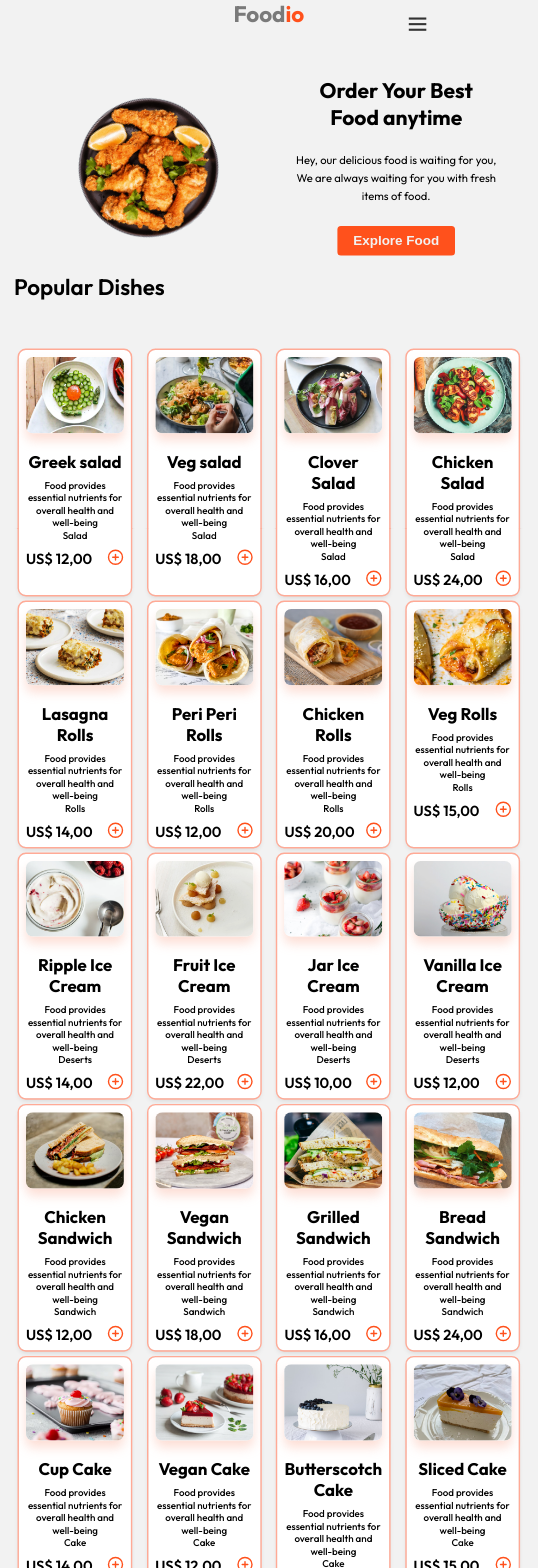
Repository: guilhermecardoso93/foodio
Page: /
The author's editor kept a copy of each file at every save. The page is drawn from the files as they stood at one save, then again after the next save.
The browser window is 768 px wide. The pictures show the part of the page from y = 0 to 2240 px (the page is 3419 px tall before and 3481 px after), at 70% of full size.
The project was rebuilt for these pictures with package versions that can differ from the ones it lists, and the page was loaded fresh each time. Also part of the build but not shown: vite.config.js, src/index.css.

Above is the page before, as saved 2024-11-05 20:53:44.

### index.html
<!doctype html>
<html lang="en">

<head>
    <meta charset="UTF-8" />
    <link rel="icon" type="image/svg+xml" href="/" />
    <link rel="preconnect" href="https://fonts.googleapis.com">
    <link rel="preconnect" href="https://fonts.gstatic.com" crossorigin>
    <link href="https://fonts.googleapis.com/css2?family=Inter:ital,opsz,wght@0,14..32,100..900;1,14..32,100..900&family=Outfit:wght@100..900&display=swap" rel="stylesheet">
    <meta name="viewport" content="width=device-width, initial-scale=1.0" />
    <title>Foodio</title>
</head>

<body>
    <div id="root"></div>
    <script type="module" src="/src/main.jsx"></script>
</body>

</html>

### src/main.jsx
import { StrictMode } from "react";
import { createRoot } from "react-dom/client";
import { App } from "./App.jsx";

import "./index.css";
createRoot(document.getElementById("root")).render(
  <StrictMode>
    <App />
  </StrictMode>
);

### src/App.jsx
import "./App.css";
import { Main } from "./components/Main";
import { Menu } from "./components/Menu";

export function App() {
  return (
    <>
      <Menu />
      <Main />
    </>
  );
}

### src/App.css
*, ::after, ::before {
  margin: 0;
  padding: 0;
  box-sizing: border-box;
}

body {
  margin: 0 100px;
  background-color: #f2f2f2;
  font-family: "Outfit", serif;
  overflow-x: hidden;
}

::-webkit-scrollbar {
  width: 10px;
}

::-webkit-scrollbar-thumb {
  border-radius: 20px;
  background-color: #ff511c;
}

### src/components/Main/index.jsx
import imagem1 from "../../assets/images/image1.png";
import imagem5 from "../../assets/images/image5.png";
import { food_list } from "../../assets/assets";
import { CardItem } from "../CardItem";

import "./styles.css";

export function Main() {
  return (
    <main>
      <section className="grid">
        <div className="content">
          <div className="content-left">
            <div className="info">
              <h2>
                Order Your Best
                <br />
                Food anytime
              </h2>
              <p>
                Hey, our delicious food is waiting for you, <br /> We are always
                waiting for you with fresh items of food.
              </p>
            </div>
            <button>Explore Food</button>
          </div>
          <div className="content-right">
            <img src={imagem1} alt="" />
            <img src={imagem5} alt="" />
            <img src={imagem1} alt="" />{" "}
          </div>
        </div>
      </section>
      <section className="category">
        <div className="list-items">
          <h3>Popular Dishes</h3>
          <div className="card-list">
            {food_list.map((item, index) => {
              return (
                <CardItem
                  image={item.image}
                  name={item.name}
                  price={item.price}
                  description={item.description}
                  category={item.category}
                  key={index}
                />
              );
            })}
          </div>
        </div>
      </section>
    </main>
  );
}

### src/components/Menu/index.jsx
import "./styles.css";

export function Menu() {
  function toggleMenu() {}

  return (
    <div className="navbar">
      <div className="navbar-logo">
        <h1>
          Food<b>io</b>
        </h1>
      </div>
      <div className="hamburguer" onClick={toggleMenu()}>
        <span className="bar"></span>
        <span className="bar"></span>
        <span className="bar"></span>
      </div>
      <ul className="navbar-link">
        <li className="active">
          <a href="/">Home</a>
        </li>
        <li className="active">
          <a href="/">Menu</a>
        </li>
        <li className="active">
          <a href="/">Service</a>
        </li>
        <li className="active">
          <a href="/">About Us</a>
        </li>
        <li className="active">
          <a href="/">Gallery</a>
        </li>
      </ul>
      <div className="auth-buttons">
        <input type="submit" className="sign" value="Sign in" name="signin" />
        <input type="submit" className="sign" value="Sign Out" name="signout" />
      </div>
    </div>
  );
}

### src/assets/assets.js

import food_1 from './food/food_1.png'
import food_2 from './food/food_2.png'
import food_3 from './food/food_3.png'
import food_4 from './food/food_4.png'
import food_5 from './food/food_5.png'
import food_6 from './food/food_6.png'
import food_7 from './food/food_7.png'
import food_8 from './food/food_8.png'
import food_9 from './food/food_9.png'
import food_10 from './food/food_10.png'
import food_11 from './food/food_11.png'
import food_12 from './food/food_12.png'
import food_13 from './food/food_13.png'
import food_14 from './food/food_14.png'
import food_15 from './food/food_15.png'
import food_16 from './food/food_16.png'
import food_17 from './food/food_17.png'
import food_18 from './food/food_18.png'
import food_19 from './food/food_19.png'
import food_20 from './food/food_20.png'
import food_21 from './food/food_21.png'
import food_22 from './food/food_22.png'
import food_23 from './food/food_23.png'
import food_24 from './food/food_24.png'
import food_25 from './food/food_25.png'
import food_26 from './food/food_26.png'
import food_27 from './food/food_27.png'
import food_28 from './food/food_28.png'
import food_29 from './food/food_29.png'
import food_30 from './food/food_30.png'
import food_31 from './food/food_31.png'
import food_32 from './food/food_32.png'


export const food_list = [
    {
        _id: "1",
        name: "Greek salad",
        image: food_1,
        price: 12,
        description: "Food provides essential nutrients for overall health and well-being",
        category: "Salad"
    },
    {
        _id: "2",
        name: "Veg salad",
        image: food_2,
        price: 18,
        description: "Food provides essential nutrients for overall health and well-being",
        category: "Salad"
    }, {
        _id: "3",
        name: "Clover Salad",
        image: food_3,
        price: 16,
        description: "Food provides essential nutrients for overall health and well-being",
        category: "Salad"
    }, {
        _id: "4",
        name: "Chicken Salad",
        image: food_4,
        price: 24,
        description: "Food provides essential nutrients for overall health and well-being",
        category: "Salad"
    }, {
        _id: "5",
        name: "Lasagna Rolls",
        image: food_5,
        price: 14,
        description: "Food provides essential nutrients for overall health and well-being",
        category: "Rolls"
    }, {
        _id: "6",
        name: "Peri Peri Rolls",
        image: food_6,
        price: 12,
        description: "Food provides essential nutrients for overall health and well-being",
        category: "Rolls"
    }, {
        _id: "7",
        name: "Chicken Rolls",
        image: food_7,
        price: 20,
        description: "Food provides essential nutrients for overall health and well-being",
        category: "Rolls"
    }, {
        _id: "8",
        name: "Veg Rolls",
        image: food_8,
        price: 15,
        description: "Food provides essential nutrients for overall health and well-being",
        category: "Rolls"
    }, {
        _id: "9",
        name: "Ripple Ice Cream",
        image: food_9,
        price: 14,
        description: "Food provides essential nutrients for overall health and well-being",
        category: "Deserts"
    }, {
        _id: "10",
        name: "Fruit Ice Cream",
        image: food_10,
        price: 22,
        description: "Food provides essential nutrients for overall health and well-being",
        category: "Deserts"
    }, {
        _id: "11",
        name: "Jar Ice Cream",
        image: food_11,
        price: 10,
        description: "Food provides essential nutrients for overall health and well-being",
        category: "Deserts"
    }, {
        _id: "12",
        name: "Vanilla Ice Cream",
        image: food_12,
        price: 12,
        description: "Food provides essential nutrients for overall health and well-being",
        category: "Deserts"
    },
    {
        _id: "13",
        name: "Chicken Sandwich",
        image: food_13,
        price: 12,
        description: "Food provides essential nutrients for overall health and well-being",
        category: "Sandwich"
    },
    {
        _id: "14",
        name: "Vegan Sandwich",
        image: food_14,
        price: 18,
        description: "Food provides essential nutrients for overall health and well-being",
        category: "Sandwich"
    }, {
        _id: "15",
        name: "Grilled Sandwich",
        image: food_15,
        price: 16,
        description: "Food provides essential nutrients for overall health and well-being",
        category: "Sandwich"
    }, {
        _id: "16",
        name: "Bread Sandwich",
        image: food_16,
        price: 24,
        description: "Food provides essential nutrients for overall health and well-being",
        category: "Sandwich"
    }, {
        _id: "17",
        name: "Cup Cake",
        image: food_17,
        price: 14,
        description: "Food provides essential nutrients for overall health and well-being",
        category: "Cake"
    }, {
        _id: "18",
        name: "Vegan Cake",
        image: food_18,
        price: 12,
        description: "Food provides essential nutrients for overall health and well-being",
        category: "Cake"
    }, {
        _id: "19",
        name: "Butterscotch Cake",
        image: food_19,
        price: 20,
        description: "Food provides essential nutrients for overall health and well-being",
        category: "Cake"
    }, {
        _id: "20",
        name: "Sliced Cake",
        image: food_20,
        price: 15,
        description: "Food provides essential nutrients for overall health and well-being",
        category: "Cake"
    }, {
        _id: "21",
        name: "Garlic Mushroom ",
        image: food_21,
        price: 14,
        description: "Food provides essential nutrients for overall health and well-being",
        category: "Pure Veg"
    }, {
        _id: "22",
        name: "Fried Cauliflower",
        image: food_22,
        price: 22,
        description: "Food provides essential nutrients for overall health and well-being",
        category: "Pure Veg"
    }, {
        _id: "23",
        name: "Mix Veg Pulao",
        image: food_23,
        price: 10,
        description: "Food provides essential nutrients for overall health and well-being",
        category: "Pure Veg"
    }, {
        _id: "24",
        name: "Rice Zucchini",
        image: food_24,
        price: 12,
        description: "Food provides essential nutrients for overall health and well-being",
        category: "Pure Veg"
    },
    {
        _id: "25",
        name: "Cheese Pasta",
        image: food_25,
        price: 12,
        description: "Food provides essential nutrients for overall health and well-being",
        category: "Pasta"
    },
    {
        _id: "26",
        name: "Tomato Pasta",
        image: food_26,
        price: 18,
        description: "Food provides essential nutrients for overall health and well-being",
        category: "Pasta"
    }, {
        _id: "27",
        name: "Creamy Pasta",
        image: food_27,
        price: 16,
        description: "Food provides essential nutrients for overall health and well-being",
        category: "Pasta"
    }, {
        _id: "28",
        name: "Chicken Pasta",
        image: food_28,
        price: 24,
        description: "Food provides essential nutrients for overall health and well-being",
        category: "Pasta"
    }, {
        _id: "29",
        name: "Buttter Noodles",
        image: food_29,
        price: 14,
        description: "Food provides essential nutrients for overall health and well-being",
        category: "Noodles"
    }, {
        _id: "30",
        name: "Veg Noodles",
        image: food_30,
        price: 12,
        description: "Food provides essential nutrients for overall health and well-being",
        category: "Noodles"
    }, {
        _id: "31",
        name: "Somen Noodles",
        image: food_31,
        price: 20,
        description: "Food provides essential nutrients for overall health and well-being",
        category: "Noodles"
    }, {
        _id: "32",
        name: "Cooked Noodles",
        image: food_32,
        price: 15,
        description: "Food provides essential nutrients for overall health and well-being",
        category: "Noodles"
    }
]

### src/components/CardItem/index.jsx
import { PlusCircle, PlusCircleIcon } from "lucide-react";
import "./styles.css";

export function CardItem({ image, name, price, description, category }) {
  function formatarPreco(valor) {
    return new Intl.NumberFormat("pt-BR", {
      style: "currency",
      currency: "USD",
    }).format(valor);
  }

  return (
    <div className="card">
      <img src={image} alt="" />
      <div className="title">
        <h1>{name}</h1>
      </div>
      <div className="desc-food">
        <p>{description}</p>
        <p>{category}</p>
      </div>
      <div className="price">
        <span>{formatarPreco(price)}</span>
        <PlusCircle color="#ff511c" className="plus-icon" />
      </div>
    </div>
  );
}

### src/components/Main/styles.css
.content {
  display: grid;
  grid-template-columns: 50% auto;
  margin-top: 100px;
  gap: 30px;
  align-items: center;
  justify-content: space-between;
  width: 100%;
}

.content-left {
  display: block;
  width: 100%;
}

.content-left .info {
  max-width: 100%;
  display: flex;
  flex-direction: column;
}

.content-left .info h2 {
  font-size: 60px;
  margin-bottom: 30px;
}

.content-left .info p {
  font-size: 20px;
  line-height: 2pc;
  margin-bottom: 30px;
}

.content-left button {
  padding: 10px 23px;
  background-color: #ff511c;
  color: #f2f2f2;
  border-radius: 5px;
  border: none;
  cursor: pointer;
  font-weight: 600;
  font-size: 1.2rem;
  margin-bottom: 5px;
}

.content-left button:hover {
  color: #ff511c;
  background-color: #f2f2f2;
  border: solid 2px #ff511c;
  padding: 8px 21px;
}

.grid {
  width: 100%;
  max-width: 1200px;
  margin: 0 auto;
  padding: 20px;
  justify-content: center;
  align-items: center;
}

.content-right {
  position: relative;
  height: 400px;
  width: 400px;
  display: flex;
  justify-content: center;
  align-items: center;
}

.content-right img {
  position: absolute;
  width: 100%;
  height: 100%;
  object-fit: cover;
  opacity: 0;
  animation: imageSwitch 15s infinite, rotate 3s linear infinite;
  transform-origin: center center;
}

.content-right img:nth-child(1) {
  animation-delay: 0s;
}

.content-right img:nth-child(2) {
  animation-delay: 5s;
}

.content-right img:nth-child(3) {
  animation-delay: 10s;
}

@keyframes rotate {
  from {
    transform: rotate(0deg);
  }

  to {
    transform: rotate(360deg);
  }
}

@keyframes imageSwitch {
  0%, 33% {
    opacity: 1;
  }

  34%, 100% {
    opacity: 0;
  }
}

.category {
  width: 100%;
  display: flex;
  margin-bottom: 50px;
  justify-content: center;
}

.category .list-items {
  width: 90%;
  position: relative;
  position: relative;
}

.category .list-items h3 {
  font-size: 2rem;
  font-weight: 600;
  margin-bottom: 70px;
}

.category .list-items .card-list {
  display: flex;
  flex-wrap: wrap;
  gap: 12px;
}

### src/components/Menu/styles.css
.navbar {
  width: 100%;
  display: flex;
  justify-content: space-between;
  align-items: center;
  padding: 30px 0;
}

.navbar-logo {
  font-weight: 600;
  color: rgb(122, 122, 122);
}

.navbar-logo b {
  color: #ff511c;
}

.navbar-link {
  display: flex;
  list-style: none;
}

.navbar-link li {
  margin-right: 30px;
}

.navbar-link li a {
  text-decoration: none;
  color: rgb(122, 122, 122);
  font-weight: 500;
  font-size: 17px;
}

.navbar-link li a:hover {
  color: #ff511c;
}

.navbar-link .active::after {
  content: "";
  width: 100%;
  height: 3px;
  background-color: #ff511c;
  display: flex;
  position: relative;
  margin-top: 3x;
}

.auth-buttons {
  display: flex;
  align-items: center;
  gap: 10px;
}

input {
  padding: 10px;
  cursor: pointer;
  font-weight: 600;
}

.sign {
  background: transparent;
  border: none;
  color: rgb(122, 122, 122);
  font-weight: 500;
  font-size: 17px;
  text-decoration: none;
}

.sign:hover {
  background-color: #ff511c;
  border-radius: 10px;
  color: black;
}

.hamburguer {
  /*display: none;*/
  cursor: pointer;
}

.hamburguer .bar {
  display: block;
  width: 25px;
  height: 3px;
  margin: 5px;
  background-color: #333;
  transition: 0.3s;
}

@media screen and (max-width: 1024px) {
  body {
    margin: 0 50px;
  }

  .content-right {
    width: 300px;
    height: 300px;
  }
}

@media screen and (max-width: 968px) {
  .category .list-items .card-list {
    gap: 100px 20px;
  }
}

@media screen and (max-width: 768px) {
  body {
    margin: 0 20px;
  }

  .content {
    margin-top: 50px;
    text-align: center;
    gap: 20px;
  }

  .content .content-left h2 {
    font-size: 30px;
  }

  .content .content-left p {
    font-size: 16px;
    line-height: 1.6;
  }

  .content-right {
    width: 200px;
    height: 200px;
    margin: 0 auto;
    order: -1;
  }

  .category .list-items {
    width: 100%;
    justify-content: center;
    align-items: ce;
  }

  .category .list-items .card-list {
    gap: 10px;
  }

  .card {
    width: 100%;
    max-width: 160px;
    margin: 0 auto;
  }

  .navbar {
    flex-direction: column;
    padding: 0;
  }

  .nav .logo {
    align-self: flex-start;
    margin-left: 20px;
  }

  .hamburguer {
    display: block;
    position: absolute;
    top: 20px;
    right: 20%;
  }

  .navbar ul, .sign {
    display: none;
  }

  .navbar .active ul {
    display: flex;
    flex-direction: column;
    align-items: center;
    width: 100%;
    background-color: #ffeae0;
    padding: 15px 0;
    margin-top: 20px
  }

  .navbar .active ul il {
    margin: 10px 0;
  }

  .navbar .active .sign {
    display: block;
    width: 80%;
    text-align: center;
    margin: 10px 0;
  }

  .navbar .active .sign {
    display: flex;
    justify-content: center;
  }

  .sign {
    background: transparent;
    color: #000000;
    font-size: 1.2rem;
    text-decoration: none;
    width: 80%;
  }
}

### src/components/CardItem/styles.css
.card {
  width: 200px;
  min-height: 250px;
  /* Define uma altura mínima para o cartão */
  display: flex;
  flex-direction: column;
  align-items: center;
  padding: 10px;
  border-radius: 10px;
  position: relative;
  background-color: #ffffff;
  outline: 2px solid #ffaa96;
  box-shadow: 0 4px 8px rgba(0, 0, 0, 0.1);
}

.card img {
  width: 100%;
  max-width: 150px;
  height: auto;
  border-radius: 10px;
  object-fit: cover;
  object-position: center;
  background-repeat: no-repeat;
  box-shadow: 0 10px 15px rgba(250, 173, 150, 0.4);
  /* Ajusta a sombra */
  margin-bottom: 15px;
  /* Espaço entre a imagem e o conteúdo abaixo */
}

.card .title {
  padding: 10px 0 10px;
}

.card .title h1 {
  text-align: center;
  font-weight: bold;
  font-size: 1.5rem;
}

.desc-food p {
  font-size: 14px;
  text-align: center;
  font-weight: 500;
}

.price {
  display: flex;
  margin-top: 10px;
  justify-content: space-between;
  width: 100%;
  font-weight: 600;
  font-size: 1.3rem;
}

.price .plus-icon {
  cursor: pointer;
}

.card-content {
  text-align: center;
  /* Centraliza o conteúdo */
  padding: 5px;
}

After the next save:
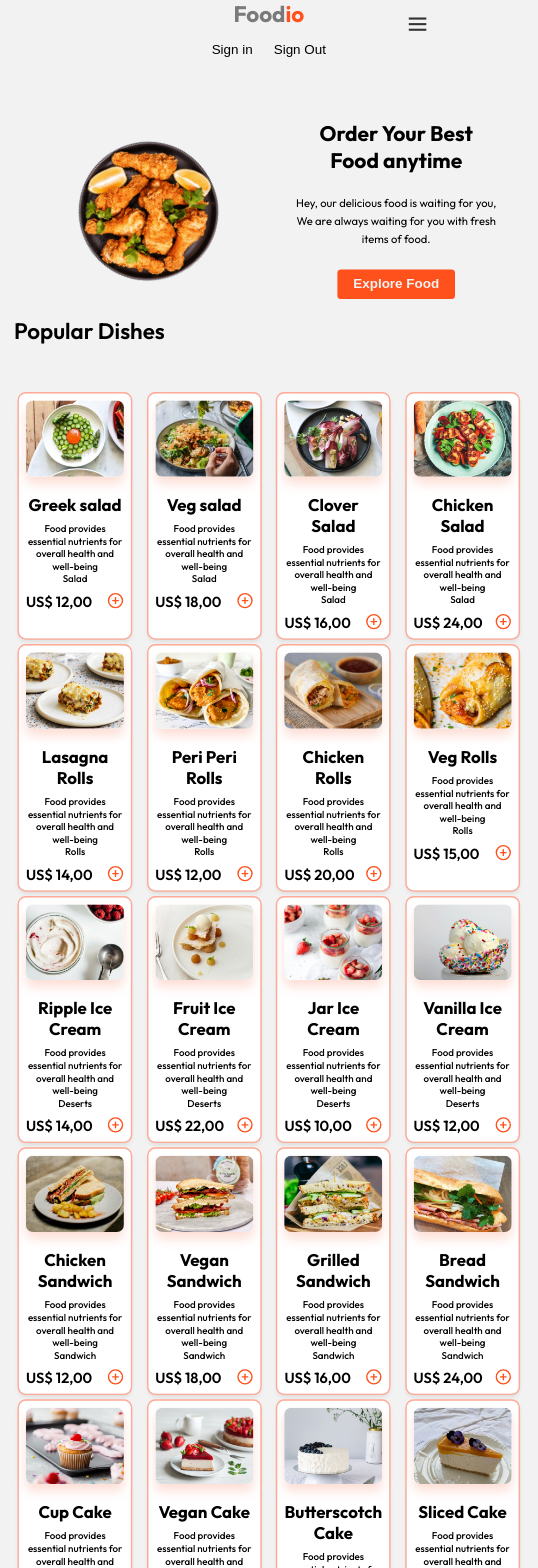
Saved 22 s later.
--- a/src/components/Menu/styles.css
+++ b/src/components/Menu/styles.css
@@ -199,5 +199,8 @@ input {
     font-size: 1.2rem;
     text-decoration: none;
     width: 80%;
-  }
-}
+    text-align: center;
+    margin: 10px 0;
+    display: block;
+  }
+}

After the save that followed:
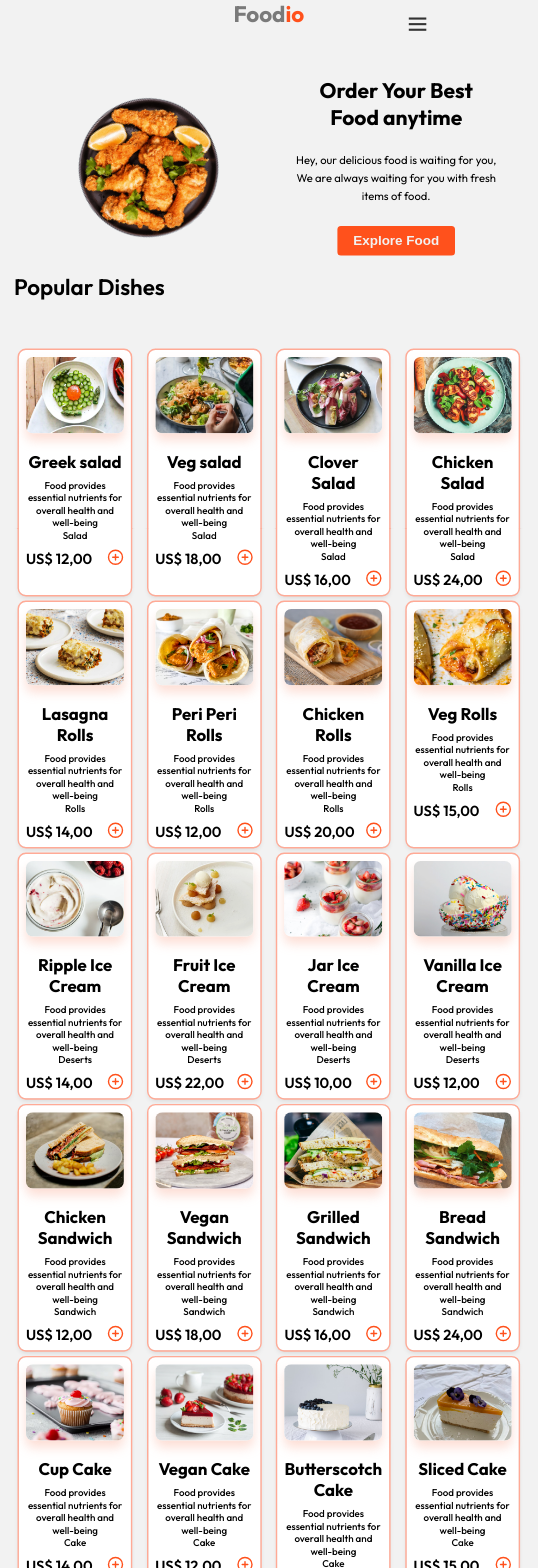
Saved 24 s later.
--- a/src/components/Menu/styles.css
+++ b/src/components/Menu/styles.css
@@ -193,7 +193,7 @@ input {
     justify-content: center;
   }
 
-  .sign {
+  .navbar .active .sign {
     background: transparent;
     color: #000000;
     font-size: 1.2rem;
